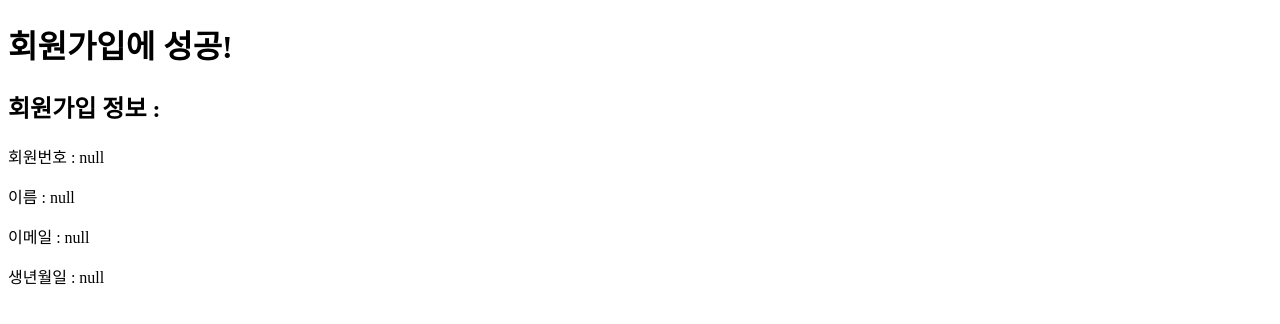
Repository: saahhh/Servlet-JSP-Workspace
Page: http://localhost/join/register_success.jsp
These files come from the project's save history. The page is drawn as it stood at one moment and after the next save; the edit follows.
The browser window is 1280 px wide. The pictures show the whole page.
The page is served by Tomcat 9. Other server files are loaded and not shown.

Above is the page before, as saved 2023-11-07 02:20:36.

### join/src/main/webapp/register_success.jsp
<%@ page language="java" contentType="text/html; charset=EUC-KR"
    pageEncoding="EUC-KR"%>
<!DOCTYPE html>
<html>
<head>
<meta charset="EUC-KR">
<title>회원가입 성공하셨습니다.</title>
</head>
<body>
<h1>회원가입에 성공!</h1>
<h2>회원가입 정보 : </h2>
<p> 회원번호 : <%= session.getAttribute("mno")%></p>
<p> 이름 : <%= session.getAttribute("mname")%></p>
<p> 이메일 : <%= session.getAttribute("memail")%></p>
<p> 생년월일 : <%= session.getAttribute("mbirth")%></p>
</body>
</html>

After the next save:
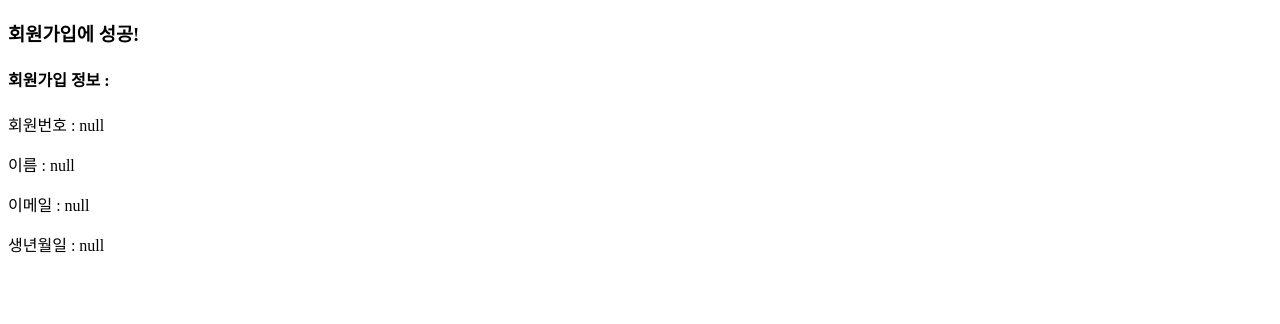
Saved 65 s later.
--- a/join/src/main/webapp/register_success.jsp
+++ b/join/src/main/webapp/register_success.jsp
@@ -7,8 +7,8 @@
 <title>회원가입 성공하셨습니다.</title>
 </head>
 <body>
-<h1>회원가입에 성공!</h1>
-<h2>회원가입 정보 : </h2>
+<h3>회원가입에 성공!</h3>
+<h4>회원가입 정보 : </h4>
 <p> 회원번호 : <%= session.getAttribute("mno")%></p>
 <p> 이름 : <%= session.getAttribute("mname")%></p>
 <p> 이메일 : <%= session.getAttribute("memail")%></p>
